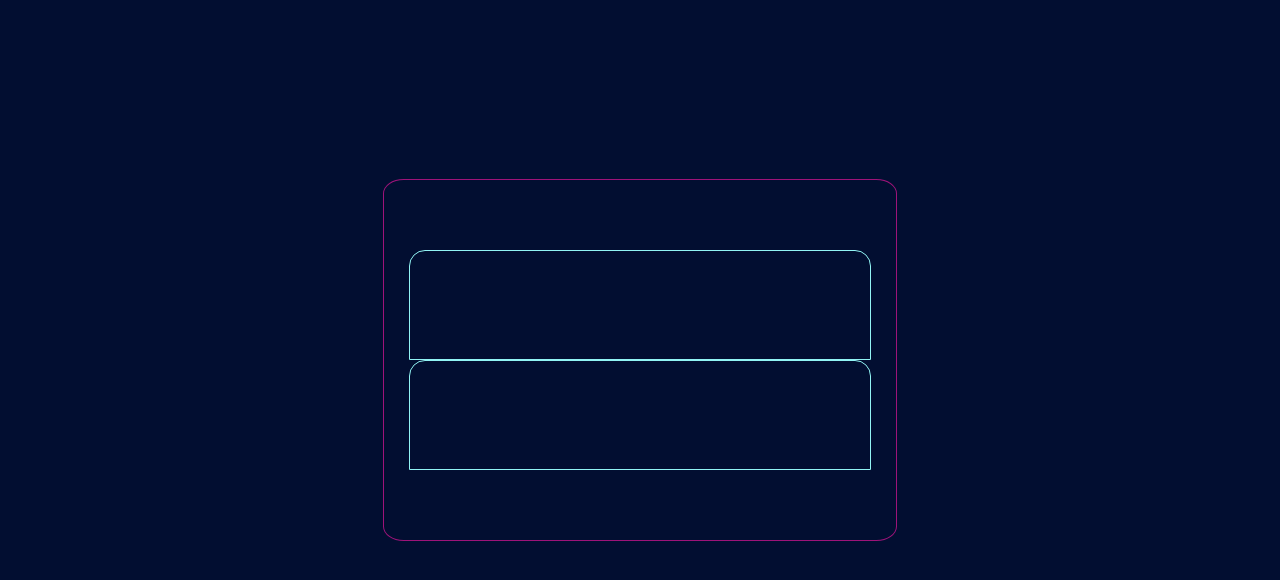
Repository: 2001mariana/Calculator_react
Page: /
The author's editor kept a copy of each file at every save. The page is drawn from the files as they stood at one save, then again after a run of saves.
The browser window is 1280 px wide. The pictures show the whole page.
The project was rebuilt for these pictures with package versions that can differ from the ones it lists, and the page was loaded fresh each time.

Above is the page before, as saved 2023-02-06 17:37:11.

### src/index.tsx
import React from "react";
import ReactDOM from "react-dom/client";

import App from "./App";
import reportWebVitals from "./reportWebVitals";

import "./index.css";

const root = ReactDOM.createRoot(
  document.getElementById("root") as HTMLElement
);
root.render(
  <React.StrictMode>
    <App />
  </React.StrictMode>
);

reportWebVitals();

### src/App.tsx
import "./App.css";

function App() {
  return (
    <div className="Calculator">
      <div className="Calculator__body">
        <div className="Calculator__screen"></div>
        <div className="Calculator__buttons"></div>
      </div>
    </div>
  );
}

export default App;

### src/App.css
.Calculator {
  background-color: #020e31;
  height: 100vh;
  display: flex;
  justify-content: center;
  align-items: center;
}

.Calculator__body {
  height: 50vh;
  width: 40vw;
  border-radius: 4%;
  border: 1px solid #9e1379;
  display: flex;
  flex-direction: column;
  justify-content: center;
  align-items: center;
}

.Calculator__screen {
  border: 1px solid #92F4F4;
  height: 30%;
  width: 90%;
  border-radius: 16px 16px 0 0;
}

.Calculator__buttons {
  border: 1px solid #92F4F4;
  height: 30%;
  width: 90%;
  border-radius: 16px 16px 0 0;
}

@media (max-width: 1200px) {
  .Calculator__body {
    height: 55vh;
  }
}

@media (max-width: 1100px) {
  .Calculator__body {
    width: 50vw;
    height: 60vh;
  }
}

@media (max-width: 1000px) {
  .Calculator__body {
    width: 55vw;
    height: 65vh;
  }
}

@media (max-width: 900px) {
  .Calculator__body {
    width: 60vw;
    height: 70vh;
  }
}

@media (max-width: 800px) {
  .Calculator__body {
    width: 70vw;
    height: 75vh;
  }
}

@media (max-width: 680px) {
  .Calculator__body {
    width: 80vw;
    height: 80vh;
  }
}

@media (max-width: 560px) {
  .Calculator__body {
    width: 90vw;
  }
}

Loaded but not shown: public/index.html (common file); src/reportWebVitals.ts (common file); src/index.css (common file)

After the next 2 saves:
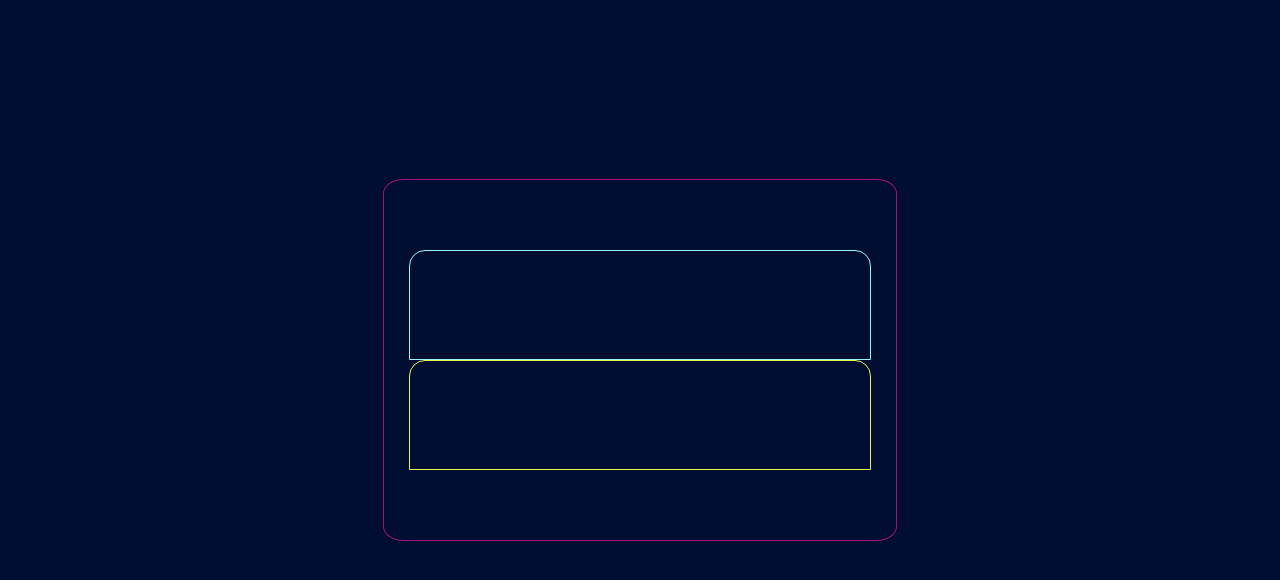
The 2 saves are shown as one change because they came seconds apart.
The last was saved 7 s later.
--- a/src/App.css
+++ b/src/App.css
@@ -25,7 +25,7 @@
 }
 
 .Calculator__buttons {
-  border: 1px solid #92F4F4;
+  border: 1px solid #e8f652;
   height: 30%;
   width: 90%;
   border-radius: 16px 16px 0 0;
